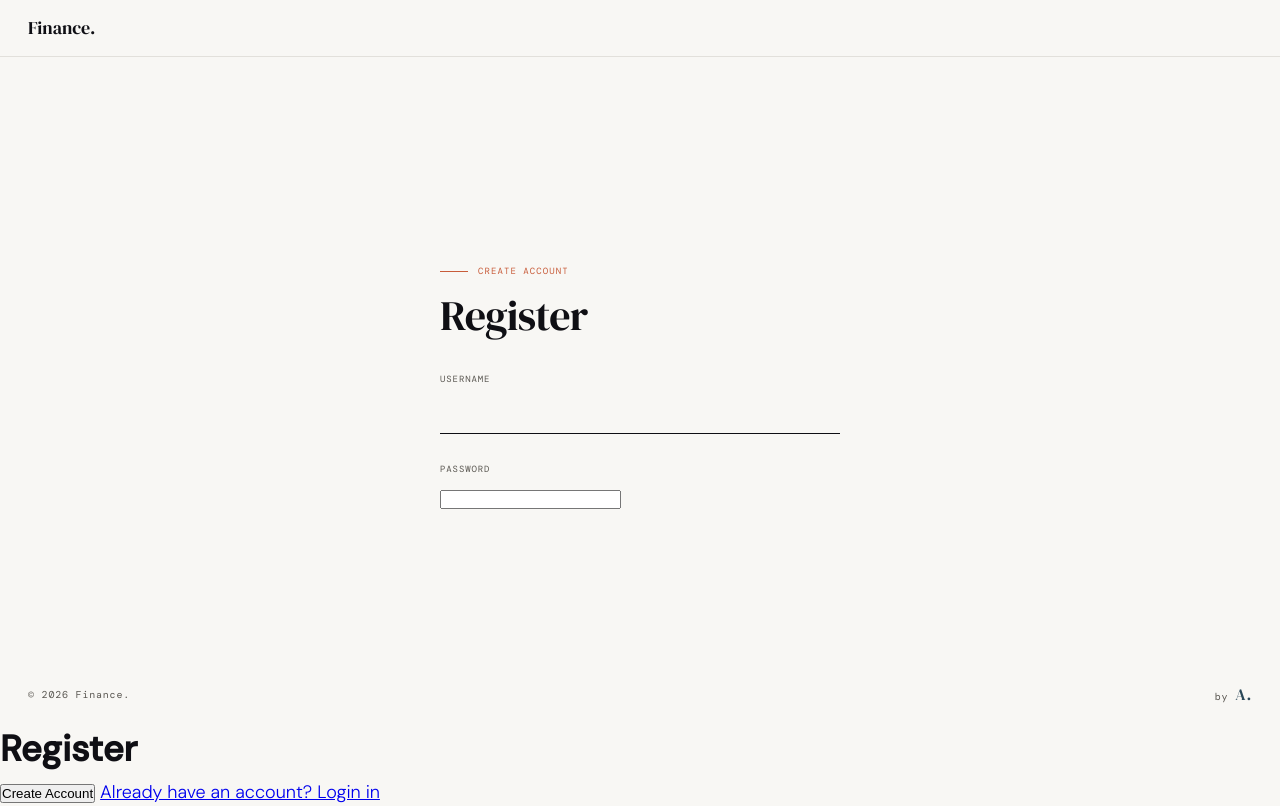
Repository: adtm0/Fined
Page: tracker/templates/tracker/register.html
The author's editor kept a copy of each file at every save. The page is drawn from the files as they stood at one save, then again after the next save.
The browser window is 1280 px wide. The pictures show the whole page.
Some web fonts or font styles are not loaded; a fallback is used. The template is drawn by Django 4.2. The application's start-up code is not run. Other server files are loaded and not shown. The template is opened directly, without the code that normally fills it, so the values that code supplies are empty.

Above is the page before, as saved 2026-05-01 21:47:54.

### tracker/templates/tracker/register.html
{% extends 'tracker/base.html' %}

{% block content %}
<div class="auth-page">
  <div class="auth-box">
    <div class="auth-header">
      <p class="section-label">Create account</p>
      <h1 class="auth-title">Register</h1>
    </div>

    {%if form.errors%}
      <p class="auth-error">Please fix the errors below.</p>
    {% endif %}

    <form method="POST">
      {% csrf_token %}
      <label>Username</label>
      <input type="text" name="username" autofocus>

      <label>Password</label>
      <input type=""></input>

    </form>

  </div>
</div>
<h1 class="mb-4">Register</h1>

  <button type="submit" class="btn btn-primary">Create Account</button>
</form>
<a href="/login" class="mt-3 d-block">Already have an account? Login in</a>
{% endblock %}

### tracker/templates/tracker/base.html
{% load static %}
<!DOCTYPE html>
<html>
  <head>
    <meta name="viewport" content="width=device-width, initial-scale=1.0">
    <title>Fined</title>
    <link rel="stylesheet" href="{% static 'tracker/style.css' %}">
    <link rel="preconnect" href="https://fonts.googleapis.com">
    <link href="https://fonts.googleapis.com/css2?family=DM+Serif+Display:ital@0;1&family=DM+Mono:wght@300;400;500&family=DM+Sans:wght@300;400;500&display=swap" rel="stylesheet">
  </head>
  <body>
    <nav class="navbar">
      <a class="nav-brand" href="/dashboard/">Finance.</a>
      <div class="nav-links">
        {% if user.is_authenticated %}
          <a href="/dashboard/" class="{% if request.resolver_match.url_name == 'dashboard' %} active {% endif %}">Overview</a>
          <a href="/history/" class="{% if request.resolver_match.url_name == 'history' %} active {% endif %}">History</a>
          <a href="/logout/">Logout</a>
        {% endif %}
      </div>
    </nav>
    <div class="page-content">
      {% block content%}{% endblock %}
    </div>
    <footer class="site-footer">
      <span class="footer-copy">&#169; 2026 Finance.</span>
      <a href="https://adtm0.github.io/" target="_blank" class="footer-link">by <span class="footer-a">A.</span></a>
    </footer>
  </body>
</html>

### tracker/static/tracker/style.css
@import url('https://fonts.googleapis.com/css2?family=DM+Serif+Display:ital@0;1&family=DM+Mono:wght@300;400;500&family=DM+Sans:wght@300;400;500&display=swap');

* {
  margin: 0;
  padding: 0;
  box-sizing: border-box;
}

:root {
  --ink: #0f0f14;
  --paper: #f8f7f4;
  --paper2: #f0efe9;
  --muted-dark: #5a5751;
  --border: #e2e0db;
  --accent: #2a4858;
  --accent2: #c85c3a;
  --serif: 'DM Serif Display', serif;
  --sans: 'DM Sans', sans-serif;
  --mono: 'DM Mono', monospace;
}

html {
  font-size: 18px;
}

body {
  background-color: var(--paper);
  font-family: var(--sans);
  font-size: 1rem;
  color: var(--ink);
  font-weight: 300;
  line-height: 1.6;
}

/* ── AUTH PAGES ── */
.auth-page {
  min-height: calc(100vh - 57px);
  display: flex;
  align-items: center;
  justify-content: center;
}

.auth-box {
  width: 100%;
  max-width: 400px;
  padding: 48px 0;
}

.auth-header {
  margin-bottom: 36px;
}

.auth-title {
  font-family: var(--serif);
  font-size: 42px;
  font-weight: normal;
  letter-spacing: -0.02em;
  color: var(--ink);
  line-height: 1;
}

.auth-error {
  font-family: var(--mono);
  font-size: 10px;
  letter-spacing: 0.08em;
  text-transform: uppercase;
  color: var(--accent2);
  margin-bottom: 24px;
  padding-bottom: 16px;
  border-bottom: 1px solid var(--border);
}

.auth-box label {
  display: block;
  font-family: var(--mono);
  font-size: 9px;
  letter-spacing: 0.1em;
  text-transform: uppercase;
  color: var(--muted-dark);
  margin-bottom: 8px;
}

.auth-box input[type="text"],
.auth-box input[type="password"] {
  display: block;
  width: 100%;
  padding: 10px 0;
  font-family: var(--sans);
  font-size: 14px;
  color: var(--ink);
  background: transparent;
  border: none;
  border-bottom: 1px solid var(--border);
  outline: none;
  margin-bottom: 28px;
}

.auth-box input[type="text"]:focus,
.auth-box input[type="password"]:focus {
  border-bottom-color: var(--ink);
}

.auth-actions {
  display: flex;
  align-items: center;
  justify-content: space-between;
  margin-top: 48px;
  padding-top: 0;
  border-top: none;
}

.auth-link {
  font-family: var(--mono);
  font-size: 10px;
  letter-spacing: 0.1em;
  text-transform: uppercase;
  color: var(--muted-dark);
  text-decoration: none;
  transition: color 0.15s;
}

.auth-link:hover {
  color: var(--accent2);
}


/* ── NAVBAR ── */
.navbar {
  display: flex;
  justify-content: space-between;
  align-items: stretch;
  height: 57px;
  border-bottom: 1px solid var(--border);
  background-color: var(--paper);
  padding: 0 28px;
}

.nav-brand {
  font-family: var(--serif);
  font-size: 18px;
  text-decoration: none;
  color: var(--ink);
  display: flex;
  align-items: center;
}

.nav-brand:visited {
  color: var(--ink);
}

.nav-links {
  display: flex;
  align-items: stretch;
}

.nav-links a {
  font-family: var(--mono);
  font-size: 10px;
  letter-spacing: 0.1em;
  text-transform: uppercase;
  text-decoration: none;
  color: var(--muted-dark);
  display: flex;
  align-items: center;
  padding: 0 16px;
  transition: color 0.15s;
}

.nav-links a:hover {
  color: var(--accent2);
}

.nav-links a.active {
  background: var(--accent);
  color: #fff;
}

.page-content {
  overflow: auto;
}

/* ── FOOTER ── */
.site-footer {
  position: fixed;
  bottom: 0;
  left: 0;
  right: 0;
  display: flex;
  justify-content: space-between;
  align-items: center;
  padding: 12px 28px;
  background: var(--paper);
}

.footer-copy {
  font-family: var(--mono);
  font-size: 10px;
  letter-spacing: 0.08em;
  color: var(--muted-dark);
}

.footer-link {
  font-family: var(--mono);
  font-size: 10px;
  letter-spacing: 0.08em;
  color: var(--muted-dark);
  text-decoration: none;
  transition: color 0.15s;
}

.footer-link:hover{
  color: var(--ink);
}

.footer-a {
  font-family: var(--serif);
  font-size: 16px;
  color: var(--accent);
}

.footer-link:hover .footer-a {
  color: var(--accent2);
}

/* ── DASHBOARD GRID ── */
.dashboard-grid {
  display: grid;
  grid-template-columns: 1fr 2fr 1fr;
  min-height: calc(100vh - 57px - 45px);
  border: 1px solid var(--border);
  align-items: stretch;
}

/* ── LEFT PANEL ── */
.left-panel {
  border-right: 1px solid var(--border);
  display: flex;
  flex-direction: column;
}

.left-panel-hero {
  padding: 40px 32px;
  border-bottom: 1px solid var(--border);
}

/* Only "Financial Overview" gets the orange line eyebrow */
.section-label {
  display: flex;
  align-items: center;
  gap: 10px;
  font-family: var(--mono);
  font-size: 9px;
  letter-spacing: 0.12em;
  color: var(--accent2);
  text-transform: uppercase;
  margin-bottom: 16px;
}

.section-label::before {
  content: '';
  display: inline-block;
  width: 28px;
  height: 1px;
  background: var(--accent2);
  flex-shrink: 0;
}

.greeting {
  font-family: var(--serif);
  font-size: 42px;
  font-weight: normal;
  line-height: 1.15;
  letter-spacing: -0.01em;
  margin-bottom: 10px;
}

.greeting em {
  color: var(--accent);
  font-style: italic;
}

.subtext {
  font-family: var(--sans);
  font-size: 12px;
  color: var(--muted-dark);
  font-weight: 300;
  line-height: 1.6;
}

/* Stats */
.stat-block {
  display: flex;
  flex-direction: column;
}

.stat {
  padding: 24px 32px;
  border-bottom: 1px solid var(--border);
}

.stat h2 {
  font-family: var(--serif);
  font-size: 36px;
  font-weight: normal;
  letter-spacing: -0.02em;
  line-height: 1;
  color: var(--ink);
}

.stat p {
  font-family: var(--mono);
  font-size: 9px;
  letter-spacing: 0.1em;
  text-transform: uppercase;
  color: var(--muted-dark);
  margin-top: 4px;
}

/* ── MIDDLE PANEL ── */
.middle-panel {
  border-right: 1px solid var(--border);
  display: flex;
  flex-direction: column;
}

.analytics-box {
  padding: 32px 48px;
  border-bottom: 1px solid var(--border);
  flex: none;
  height: 420px;
  overflow: hidden;
}

.analytics-header {
  display: flex;
  align-items: center;
  justify-content: space-between;
  margin-bottom: 24px;
}

.analytics-title {
  font-family: var(--serif);
  font-size: 20px;
  color: var(--ink);
  font-style: italic;
}

/* Wallets */
.wallets-box {
  padding: 32px 36px;
}

.wallets-header {
  display: flex;
  justify-content: space-between;
  align-items: center;
  margin-bottom: 14px;
}

.wallets-title {
  font-family: var(--serif);
  font-size: 20px;
  color: var(--ink);
  font-style: italic;
}

.add-link {
  font-family: var(--mono);
  font-size: 9px;
  letter-spacing: 0.1em;
  text-transform: uppercase;
  color: var(--muted-dark);
  text-decoration: none;
  padding: 5px 12px;
  border: 1px solid var(--border);
  transition: color 0.15s;
}

.add-link:hover {
  color: var(--accent2);
}

.wallet-item {
  display: flex;
  justify-content: space-between;
  align-items: center;
  padding: 10px 0;
  border-top: 1px solid var(--border);
}

.wallet-item:last-child {
  border-bottom: 1px solid var(--border);
}

.wallet-item a {
  font-family: var(--serif);
  font-size: 14px;
  color: var(--accent);
  text-decoration: none;
}

.wallet-balance {
  font-family: var(--mono);
  font-size: 11px;
  font-weight: 300;
  letter-spacing: 0.1em;
  text-transform: uppercase;
  color: var(--ink);
}

.empty-link {
  font-family: var(--mono);
  font-size: 10px;
  letter-spacing: 0.06em;
  text-transform: uppercase;
  color: var(--muted-dark);
  text-decoration: none;
  display: block;
  padding: 12px 0;
  border-top: 1px solid var(--border);
}

.empty-link:hover {
  color: var(--accent2);
}

/* ── RIGHT PANEL ── */
.right-panel {
  background: var(--paper2);
  display: flex;
  flex-direction: column;
}

.total-balance-box {
  padding: 36px 32px;
  border-bottom: 1px solid var(--border);
}

.balance-eyebrow {
  font-family: var(--mono);
  font-size: 9px;
  letter-spacing: 0.1em;
  text-transform: uppercase;
  color: var(--muted-dark);
  margin-bottom: 10px;
}

.total-balance-box h1 {
  font-family: var(--serif);
  font-size: 48px;
  font-weight: normal;
  letter-spacing: -0.02em;
  line-height: 1;
  color: var(--ink);
}

.balance-sub {
  font-family: var(--sans);
  font-size: 11px;
  color: var(--muted-dark);
  margin-top: 6px;
  font-weight: 300;
}

/* Actions */
.actions-box {
  padding: 28px 32px;
  border-top: 1px solid var(--border);
  margin-top: auto;
}

.actions-label {
  font-family: var(--mono);
  font-size: 9px;
  letter-spacing: 0.1em;
  text-transform: uppercase;
  color: var(--muted-dark);
  margin-bottom: 14px;
}

.action-btn {
  display: flex;
  align-items: center;
  justify-content: space-between;
  padding: 12px 0;
  font-family: var(--mono);
  font-size: 11px;
  letter-spacing: 0.1em;
  text-transform: uppercase;
  text-decoration: none;
  color: var(--ink);
  border-bottom: 1px solid var(--border);
  background: transparent;
  width: 100%;
  cursor: pointer;
  transition: color 0.15s;
  border: none;
  border-bottom: 1px solid var(--border);
  appearance: none;
  -webkit-appearance: none;
}

a.action-btn {
  display: flex;
  align-items: center;
  justify-content: space-between;
}
.action-btn:first-of-type {
  border-top: 1px solid var(--border);
}

.action-btn::after {
  content: '→';
  font-family: var(--mono);
  font-size: 11px;
  color: inherit;
}

.action-btn:hover {
  color: var(--accent2);
}

/* Recent */
.recent-box {
  padding: 28px 32px;
  flex: 1;
}

.recent-label {
  font-family: var(--mono);
  font-size: 9px;
  letter-spacing: 0.1em;
  text-transform: uppercase;
  color: var(--muted-dark);
  margin-bottom: 12px;
}

.recent-item {
  font-family: var(--sans);
  font-size: 13px;
  color: var(--ink);
  padding: 10px 0;
  border-bottom: 1px solid var(--border);
}

.recent-item:first-of-type {
  border-top: 1px solid var(--border);
}

.recent-empty {
  font-family: var(--mono);
  font-size: 9px;
  color: var(--muted-dark);
  letter-spacing: 0.06em;
  text-transform: uppercase;
  padding: 10px 0;
  border-top: 1px solid var(--border);
}

/* ── HISTORY PAGE ── */
.history-page {
  padding: 48px 56px;
  max-width: 1100px;
}

.history-title {
  font-family: var(--serif);
  font-size: 42px;
  font-weight: normal;
  letter-spacing: -0.02em;
  color: var(--ink);
  margin-bottom: 40px;
}

.history-table {
  width: 100%;
  border-collapse: collapse;
}

.history-table thead tr {
  border-bottom: 1px solid var(--border);
}

.history-table th {
  font-family: var(--mono);
  font-size: 9px;
  letter-spacing: 0.1em;
  text-transform: uppercase;
  color: var(--muted-dark);
  text-align: left;
  padding: 0 0 12px 0;
  font-weight: 400;
}

.history-table td {
  font-family: var(--sans);
  font-size: 13px;
  color: var(--ink);
  padding: 14px 0;
  border-bottom: 1px solid var(--border);
}

/* Type column - income green, expense orange */
.history-table td:nth-child(3) {
  font-family: var(--mono);
  font-size: 9px;
  letter-spacing: 0.08em;
  text-transform: uppercase;
}

.type-badge {
  display: inline-block;
  padding: 3px 10px;
  font-family: var(--mono);
  font-size: 9px;
  letter-spacing: 0.08em;
  text-transform: uppercase;
  min-width: 70px;
  text-align: center;
}

.type-badge.income {
  background: #dde6eb;
  color: #1d3340;
}

.type-badge.expense {
  background: #f7e4dc;
  color: #9e3f22;
}

/* Amount column - mono */
.history-table td:nth-child(4) {
  font-family: var(--mono);
  font-size: 13px;
  font-weight: 500;
}

/* ── MODAL ── */
.modal-overlay {
  display: none;
  position: fixed;
  inset: 0;
  background: rgba(15, 15, 20, 0.5);
  z-index: 100;
  align-items: center;
  justify-content: center;
}

.modal {
  background: var(--paper);
  padding: 40px 36px;
  width: 100%;
  max-width: 420px;
  border: 1px solid var(--border)
}

.modal-title {
  font-family: var(--serif);
  font-size: 28px;
  font-weight: normal;
  color: var(--ink);
  margin-bottom: 28px;
}

.modal label {
  display: block;
  font-family: var(--mono);
  font-size: 9px;
  letter-spacing: 0.1em;
  text-transform: uppercase;
  color: var(--muted-dark);
  margin-bottom: 8px;
}

.modal input[type="text"],
.modal input[type="number"],
.modal select {
  display: block;
  width: 100%;
  padding: 10px 0;
  font-family: var(--sans);
  font-size: 14px;
  color: var(--ink);
  background: transparent;
  border: none;
  border-bottom: 1px solid var(--border);
  outline: none;
  margin-bottom: 24px;
}

.modal select {
  appearance: none;
  -webkit-appearance: none;
  background-image: url("data:[embedded picture, 215 characters]");
  background-repeat: no-repeat;
  background-position: right 4px center;
  padding-right: 24px;
  cursor: pointer;
}

.modal input[type="date"] {
  display: block;
  width: 100%;
  padding: 10px 0;
  font-family: var(--sans);
  font-size: 14px;
  color: var(--ink);
  background: transparent;
  border: none;
  border-bottom: 1px solid var(--border);
  outline: none;
  margin-bottom: 24px;
  cursor: pointer;
  -webkit-appearance: none;
  appearance: none
}
.modal input[type="date"]::-webkit-calendar-picker-indicator {
  opacity: 0.35;
  cursor: pointer;
  filter: invert(0.3);
  margin-left: auto;
}

.modal input[type="number"]::-webkit-inner-spin-button,
.modal input[type="number"]::-webkit-outer-spin-button {
  opacity: 0.3;
}

.modal input[type="text"]:focus,
.modal input[type="number"]:focus,
.modal select:focus {
  border-bottom-color: var(--ink);
}

.modal-actions {
  display: flex;
  align-items: center;
  justify-content: flex-end;
  gap: 16px;
  margin-top: 32px;
  padding-top: 24px;
  border-top: 1px solid var(--border);
}

.modal-cancel {
  font-family: var(--mono);
  font-size: 10px;
  letter-spacing: 0.1em;
  text-transform: uppercase;
  background: transparent;
  color: var(--muted-dark);
  border: none;
  cursor: pointer;
  transition: color 0.15s;
  padding: 10px 16px
}

.modal-cancel:hover {
  color: var(--ink);
}

.modal-submit {
  font-family: var(--mono);
  font-size: 10px;
  letter-spacing: 0.1em;
  text-transform: uppercase;
  background: var(--ink);
  color: var(--paper);
  border: none;
  padding: 10px 24px;
  cursor: pointer;
  transition: background 0.15s;
}

.modal-submit:hover {
  background: var(--accent);
}

/* ── ANALYTICS SLIDE NAV ── */
.slides-wrapper {
  position: relative;
  display: flex;
  align-items: center;
  gap: 8px;
}
.slides-content {
  flex: 1;
  min-width: 0;
}

.slide-btn {
  position: absolute;
  top: 50%;
  transform: translateY(-50%);
  z-index: 1;
  background: none;
  border: none;
  font-family: var(--serif);
  font-size: 20px;
  color: var(--muted-dark);
  cursor: pointer;
  padding: 0 4px;
  line-height: 1;
  transition: color 0.15s;
}

.slide-btn:first-child {
  left: -20px;
}
.slide-btn:last-child {
  right: -20px;
}

.slide-btn:hover {
  color: var(--ink);
}

.slide-dots {
  display: flex;
  justify-content: center;
  gap: 6px;
  padding: 10px 0 0;
}

.slide-dot {
  width: 6px;
  height: 6px;
  border-radius: 50%;
  background: var(--border);
  cursor: pointer;
  transition: background 0.2s;
}

.slide-dot.active {
  background: var(--muted-dark);
}

/* ── CALENDAR ── */
.calendar-month-label {
  font-family: var(--mono);
  font-size: 9px;
  letter-spacing: 0.12em;
  text-transform: uppercase;
  color: var(--muted-dark);
  min-width: 80px;
  text-align: center;
  margin-bottom: 0;
}

.calendar-grid {
  display: grid;
  grid-template-rows: repeat(6, 1fr);
  grid-template-columns: repeat(7, 1fr);
  height: calc(100% - 80px);
  gap: 2px;
}

.cal-header {
  font-family: var(--mono);
  font-size: 8px;
  letter-spacing: 0.08em;
  text-transform: uppercase;
  color: var(--muted-dark);
  text-align: center;
  padding-bottom: 6px;
}

.cal-cell {
  min-height: 36px;
  padding: 4px 2px;
  display: flex;
  flex-direction: column;
  align-items: center;
  gap: 3px;
}

.cal-day-num {
  font-family: var(--mono);
  font-size: 10px;
  color: var(--ink);
}

.cal-today .cal-day-num {
  background: var(--paper);
  border: 2px solid var(--accent);
  border-radius: 50%;
  width: 18px;
  height: 18px;
  display: flex;
  align-items: center;
  justify-content: center;
  font-size: 9px;
}

.cal-dots {
  display: flex;
  gap: 2px;
}

.cal-dot {
  width: 5px;
  height: 5px;
  border-radius: 50%;
}

.cal-dot.income {
  background: var(--accent);
}

.cal-dot.expense {
  background: var(--accent2);
}

.cal-month-nav {
  display: flex;
  align-items: center;
  justify-content: center;
  gap: 16px;
  margin-bottom: 36px;
}

.cal-nav-btn {
  display: inline;
  font-family: var(--serif);
  font-size: 18px;
  color: var(--muted-dark);
  text-decoration: none;
  padding: 0 4px;
  transition: color 0.15s;
  line-height: 1;
}

.cal-nav-btn:hover {
  color: var(--ink);
}

After the next save:
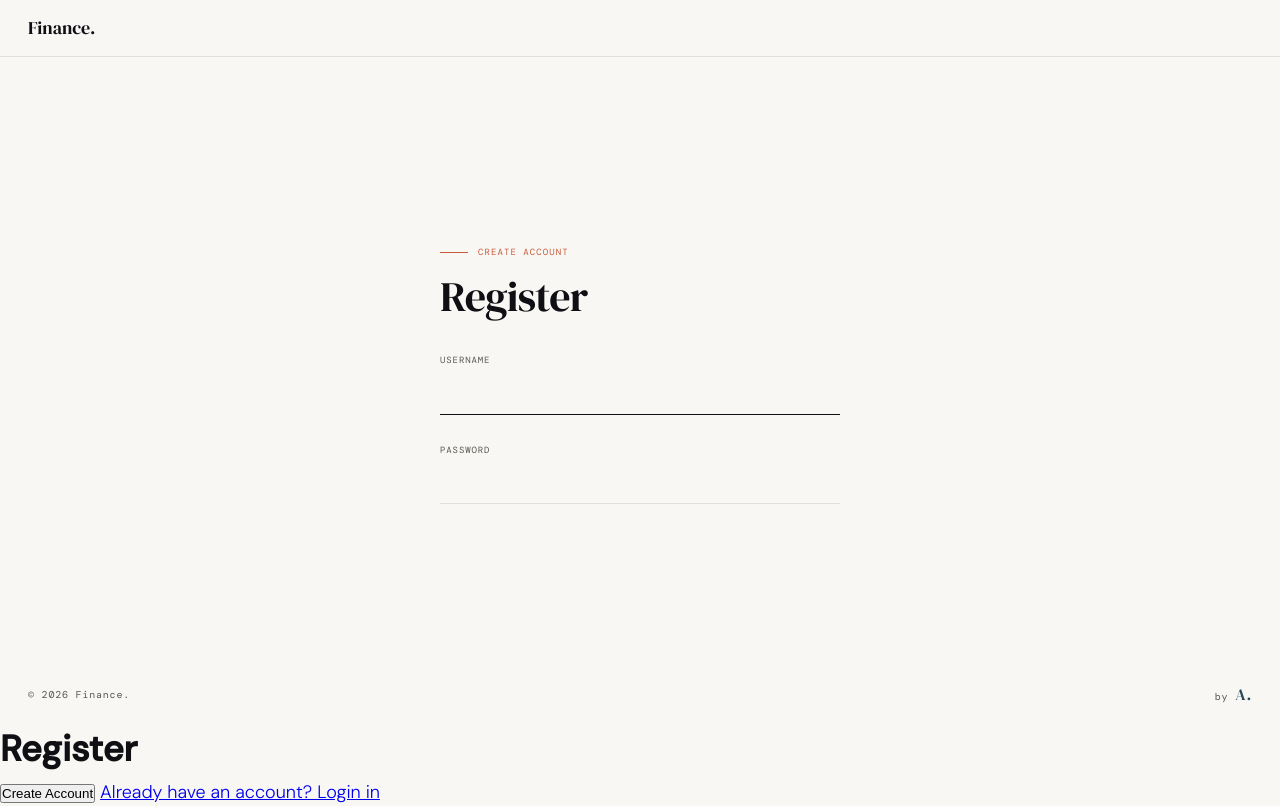
Saved 7 s later.
--- a/tracker/templates/tracker/register.html
+++ b/tracker/templates/tracker/register.html
@@ -18,7 +18,7 @@
       <input type="text" name="username" autofocus>
 
       <label>Password</label>
-      <input type=""></input>
+      <input type="password" name></input>
 
     </form>
 
